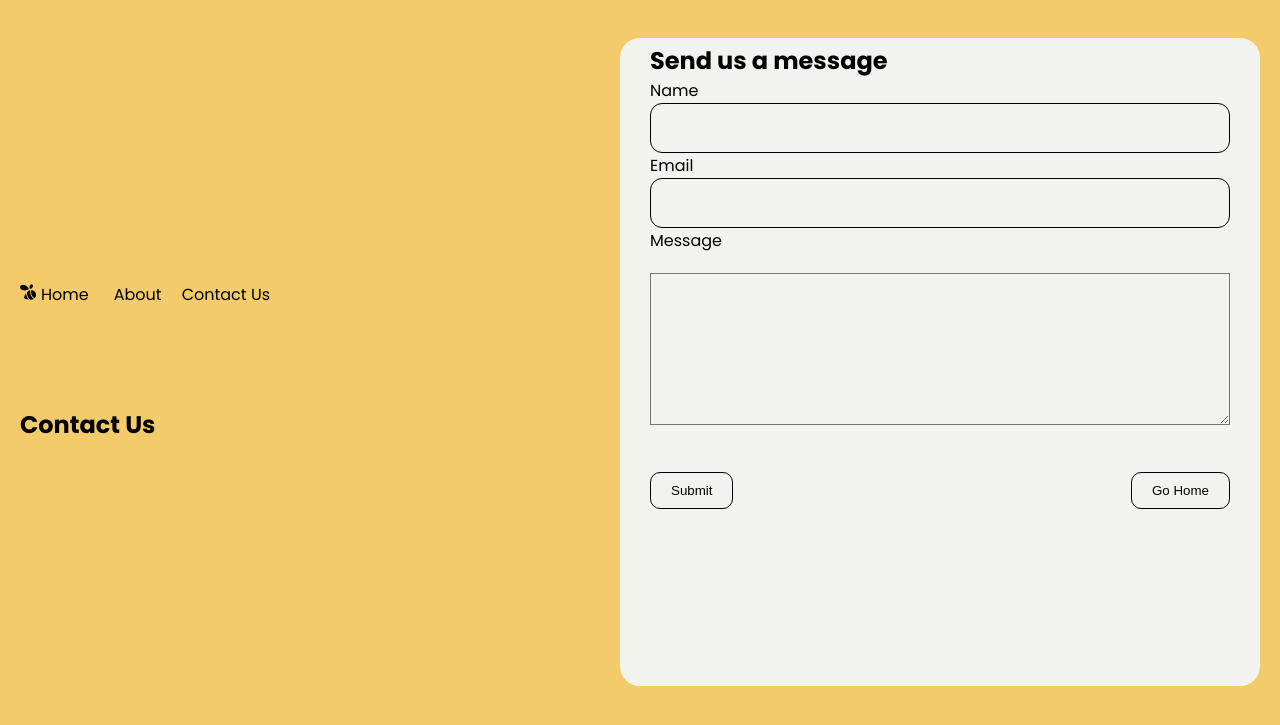
Repository: ble-syn/Random-user-generator-app
Page: /contact
These files come from the project's save history. The page is drawn as it stood at one moment and after the next save; the edit follows.
The browser window is 1280 px wide. The pictures show the whole page.
The project was rebuilt for these pictures with package versions that can differ from the ones it lists, and the page was loaded fresh each time. Also part of the build but not shown: src/components/pagination.jsx, src/components/User.jsx, src/pages/Home.jsx, src/components/ErrorFallback.jsx, src/pages/About.jsx, src/pages/NotFound.jsx, src/pages/Mission.jsx, src/pages/Vision.jsx.

Above is the page before, as saved 2022-10-28 22:22:38.

### src/index.css
@import url("https://fonts.googleapis.com/css2?family=Poppins:ital,wght@0,200;0,300;0,400;0,500;0,600;0,700;1,400&display=swap");
*{
  margin: 0;
  padding: 0;
  box-sizing: border-box;
}
a {
  text-decoration: none;
  color: #000;
}
ul{
  list-style: none;
}
body {
  background-color: #F4CB6B;
  font-family: "Poppins", sans-serif;
}
button {
  margin: 20px 0;
  padding:10px 20px;
  background: none;
  border-radius: 10px;
  border: 1px solid black;
  cursor: pointer;
}

.container {
  width: 100%;
  max-width: 1300px;
  margin: 3% auto;
}

nav {
  display: flex;
  justify-content: first baseline;
  margin-bottom: 100px;
}
.logo{
  margin-right: 5px;
}
.menu {
  margin: 0 20px;
}

.home-container{
  width: 100%;
  padding: 0 20px;
  display: flex;
  align-items: center;
}
/* LEFT STYLES */
#left {
  flex: 5;
}
#left h1 {
  font-size: 3rem;
  font-weight: 700;
  margin-bottom: 20px;
}
#left p {
  font-size: 1.2rem;
  margin-bottom: 20px;
}
.search-input {
  width: 80%;
  background-color: #dadada;
  border-radius: 12px;
  border: none;
  display: flex;
  place-items: center;
  padding-left: 15px;
  margin: 50px 0;
}
.search-input input{
  border: none;
}
input {
  border: 1px solid black;
  border-radius: 12px;
  background-color: inherit;
  width: 100%;
  height: 50px;
  padding-left: 5px;
  font-size: 20px;
}
input:focus {
  outline: none;
}
input::placeholder {
  color: #171717;
}
.user-btn-cont {
  margin-top: 40px;
}
.user-btn{
  margin-right: 50px;
  padding: 30px;
  border-radius: 10px;
  color: #FFF;
  cursor: pointer;
  border: none;
  box-shadow: 0px 2px 5px  rgba(0, 0, 0, 0.5);
}
.all-user {
  background-color: #BF9679;
}
.f-user{
  background-color: #F97661;
}
.m-user{
background-color: #8DCC50;
}

#right{
  height: 90vh;
  flex: 5;
  margin-left: 20px;
  background-color: #F2F2EF;
  border-radius: 20px;
  padding: 5px 30px;
}
.usercard {
  background-color: #F2F2EF;
  border-radius: 20px;
  display: flex;
  justify-content: space-between;
  align-items: center;
  padding: 20px;
  margin: 20px 0;
  box-shadow: 0px 2px 5px rgba(0, 0, 0, 0.5);
}

.usercard img {
 border: 5px solid #BF9679;;
  border-radius: 50%;
  margin: 5px 0;
}

.pagination {
  display: flex;
  justify-content: center;
  align-items: center;
  gap: 12px;
  margin: 30px 0;
}

.pagination-num {
  display: flex;
  justify-content: center;
  align-items: center;
  gap: 12px;
}

.pagination-child,
.prev,
.next {
  opacity: 1;
  border: 1px solid #000;
  padding: 8px 16px;
  cursor: pointer;
  border-radius: 10px;
  transition: all 0.3s ease;
}

.pagination-child:hover,
.prev:hover,
.next:hover {
  transform: scale(1.1);
}

.disabled {
  opacity: 0.5;
  cursor: not-allowed;
}
.notfound {
  display: flex;
  flex-direction: column;
  justify-content: center;
  align-items: center;
  height: 70vh;
  font-size: 2rem;
  font-weight: 700;
}
.notfound img{
  height: 200px;
}


textarea {
  width: 100%;
  margin: 20px 0;
  background: none;
}
.c-btn {
  display: flex;
  justify-content: space-between;
}
@media (max-width: 900px){
  nav {

    justify-content: center;
    margin-bottom: 50px;
  }

  .home-container{
    width: 100%;
    display: block;
    text-align: center;
  }

  .search-input{
    display: none;
  }
  .user-btn{
    margin: 15px;
    padding: 20px;
  }
  #right{
    height: 120vh;
    margin-left: 0;
    padding: 15px;
    background: none;
  }
  .usercard {
    flex-direction: column;
    border-radius: 10px;
    padding: 10px;
  }

  .pagination {
    margin: 40px 0;
  }

  .pagination-child,
  .prev,
  .next {
    padding: 8px 12px;
  }

}

### src/App.js
import { BrowserRouter as Router, Routes, Route, Navigate} from "react-router-dom";
import Home from "./pages/Home";
import About from "./pages/About";
import Contact from "./pages/Contact";
import NotFound from "./pages/NotFound";
import Mission from "./pages/Mission";
import Vision from "./pages/Vision";

function App() {
  return (
    <div className="container">
      <Router>
        <Routes>
          <Route path="/" element={<Home />} />
          <Route path="/about" element={<About />}>
            <Route path="mission" element={<Mission />} />
            <Route path="vision" element={<Vision />} />
          </Route>
          <Route path="/contact" element={<Contact />} />
          <Route path="/not-found" element={<NotFound />} />
          <Route path="*" element={<Navigate to="/not-found" />} />
        </Routes>
      </Router>

    </div>
  );
}

export default App;

### src/pages/Contact.jsx
import React from "react";
import {useNavigate} from "react-router-dom";
import Navbar from "../components/Navbar";

function Contact() {
  const navigate = useNavigate()
  const  goHome =(event) =>{
    event.preventDefault()
    navigate("/")
}
  return (
    <div className="home-container">
      <div id="left">
        <Navbar />
        <h2>Contact Us</h2>
      </div>

      <div id="right">
        <h2>Send us a message</h2>
       <form>
          <label htmlFor="name">Name</label>
          <input type="text" name="name" id="name" />
          <label htmlFor="email">Email</label>
          <input type="email" name="email" id="email" />
          <label htmlFor="message">Message</label>
          <textarea name="message" id="message" cols="30" rows="10"></textarea>
          <div className="c-btn">
            <button type="submit">Submit</button>
            <button onClick={goHome}>Go Home</button>
          </div>

       </form>

      </div>
    </div>
  );
}

export default Contact;

### src/components/Navbar.jsx
import React from "react";
import { Link } from "react-router-dom";
import bee from "../assets/bee.png";

function Navbar() {
    return (
      <nav className="header">
        <div className="logo">
          <Link to="/">
            <img className="logo" src={bee} alt="" />
          Home</Link>
        </div>


        <div>
            <Link to="/about" className="menu">About</Link>
        </div>
        <div>
            <Link to="/contact">Contact Us</Link>
        </div>
      </nav>
    );
  }

export default Navbar;

Loaded but not shown: public/index.html (common file); src/index.js (common file); src/reportWebVitals.js (common file)

After the next save:
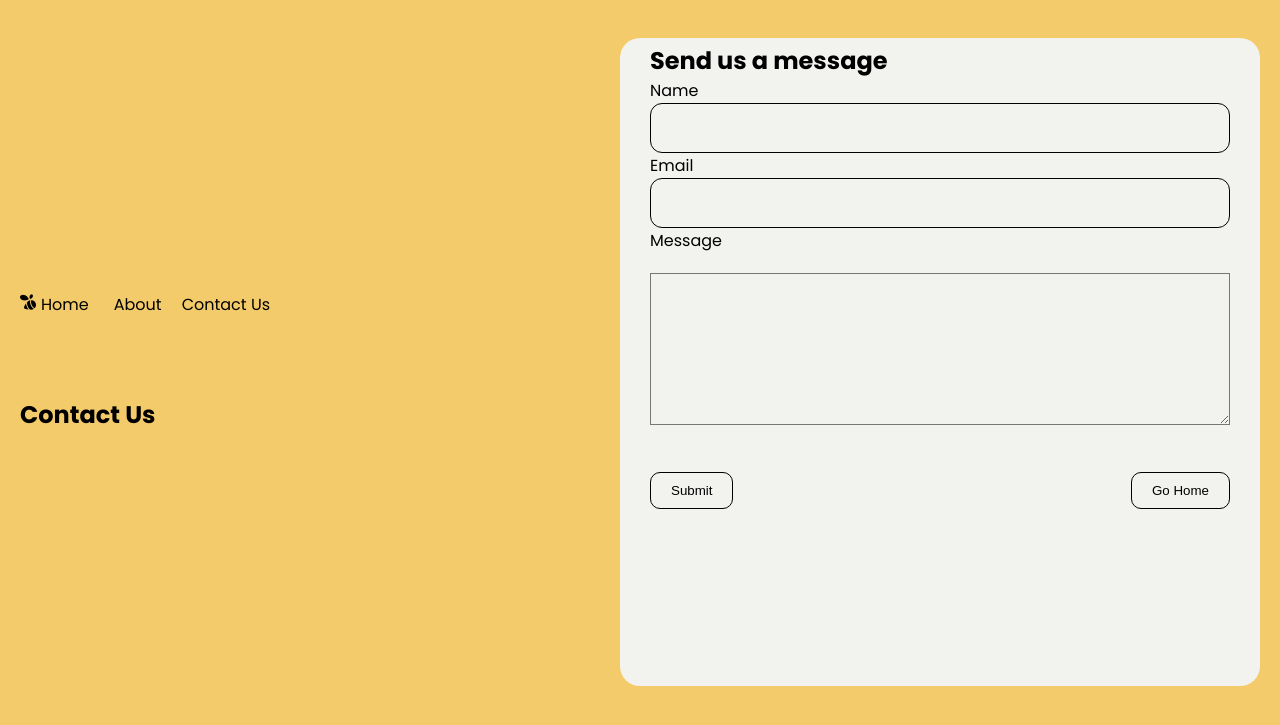
Saved 9 s later.
--- a/src/index.css
+++ b/src/index.css
@@ -33,7 +33,7 @@ button {
 nav {
   display: flex;
   justify-content: first baseline;
-  margin-bottom: 100px;
+  margin-bottom: 80px;
 }
 .logo{
   margin-right: 5px;
